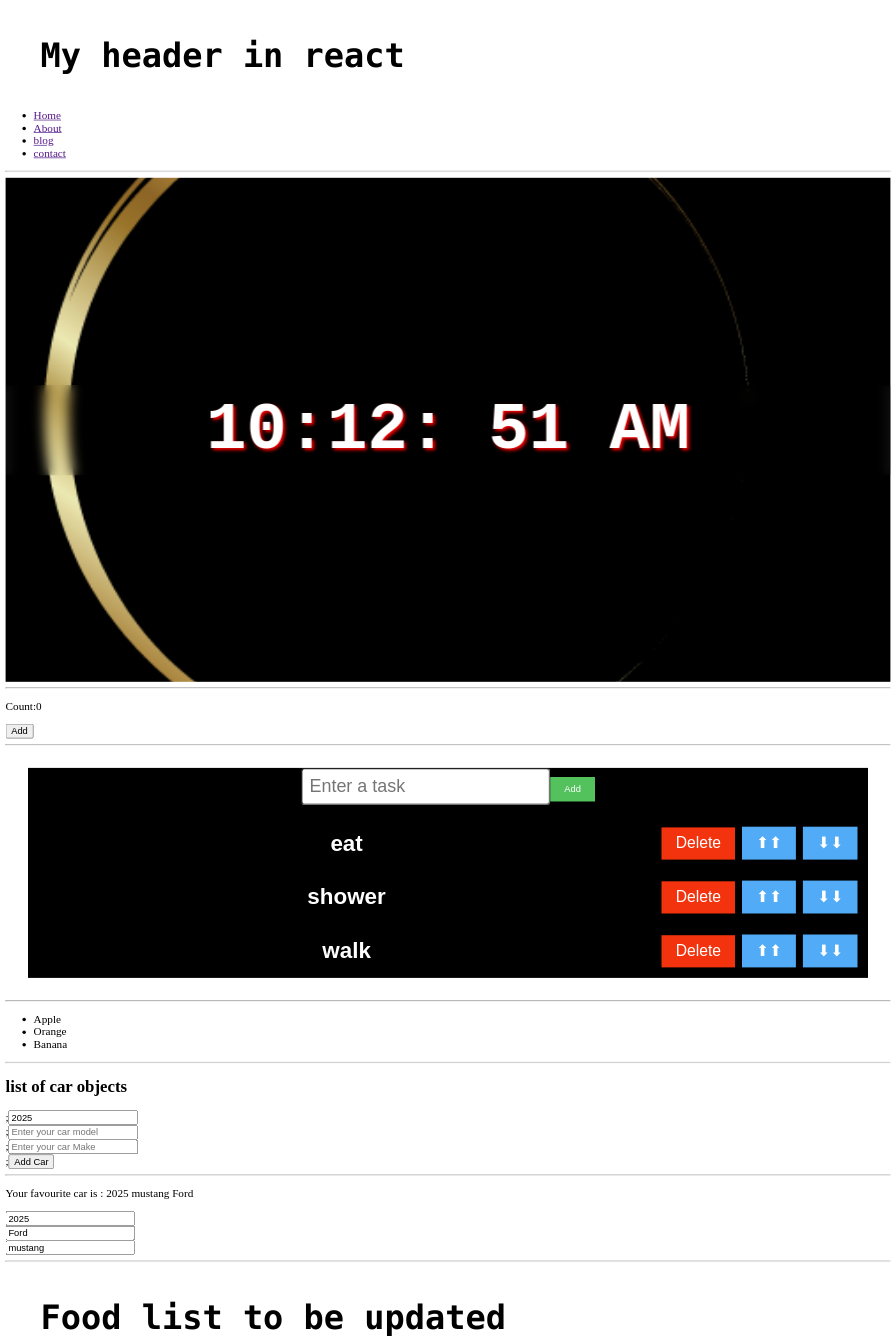
Repository: profbkmurage/reactLearning
Page: /
An editor plug-in stored every save of this project. The page is shown before and after the next save, followed by the edit.
The browser window is 1280 px wide. The pictures show the part of the page from y = 0 to 1920 px (the page is 6570 px tall), at 70% of full size.
Backgrounds fixed to the window are drawn as part of the page. The project was rebuilt for these pictures with package versions that can differ from the ones it lists, and the page was loaded fresh each time. Also part of the build but not shown: vite.config.js.

Above is the page before, as saved 2025-02-14 22:17:47.

### src/App.jsx
import Header from "./header";
import Footer from "./footer";
import Food from "./Food";
import Card from "./Card";
import Person from "./reactProps";
import profilePic from './assets/bk.jpg';
import UserGreeting from "./usergreeting";
import List from "./List";
import ReusableList from "./ReusableList";
import Button from "./Button";
import PicHide from "./PicHide";
import MyComponent from "./MyComponent.jsx"
import Counter from "./Counter.jsx";
import ChangeHandler from "./OnchangeFile.jsx";
import ColorPicker from "./ColorPicker.jsx";
import UpdaterFunction from "./UpdaterFunctions.jsx";
import FoodUpdater from "./FoodUpdater.jsx";
import CarUpdater from "./CarUpdater.jsx";
import ToDooList from "./ToDoo.jsx";
import ComponetMain from "./UseEffectLearn.jsx";
import DigitalClock from "./DigitalClock.jsx";

function App() {

    const fruits = [{ id:1 ,name: 'Banana', carlories: 50 },
                    { id: 2,name: 'orange', carlories: 95 },
                    { id: 3,name: 'Tomato', carlories: 125 },
                    { id: 4,name: 'Kiwi', carlories: 150 }
                    // the id willl help to give the key value which is necessary for react to keep track of the data in the list
    ];

    const vegetables = [{ id:5 ,name: 'Cabbage', carlories: 50 },
                    { id: 6,name: 'Kales', carlories: 95 },
                    { id: 7,name: 'Apple', carlories: 125 },
                    { id: 8,name: 'Brocolli', carlories: 150 }
                    // the id willl help to give the key value which is necessary for react to keep track of the data in the list
    ];

    const cars = [
    ];

  return (
    // since the retun statement here can only return one component, we tie all components in a fragment
    <>
      <Header></Header> {/* //can also be written as <Header/> */}

      <hr />
      <DigitalClock />
      <hr />
      <ComponetMain />
      <hr />
      <ToDooList />
      <hr />
      <Food />
      <hr />
      <CarUpdater/>
      <hr />
      <UpdaterFunction/>
      <hr />
      <FoodUpdater/>
      <hr />
      <List/> {/*this pulls from one componet that is not reusable*/}
      <hr />
      <ColorPicker/>
      <hr />
      <Counter/>
      <hr />
      <ChangeHandler/>
      <hr />
      <PicHide/>
      <hr />
     <MyComponent/>
      <hr />
      <Button/>
      <hr />
      <hr />
      <ReusableList items={fruits} cartegory ='Fruits'/> {/*this pulls from one componet that is reusable*/}
      <ReusableList items={vegetables} cartegory ='Vegetables '/> {/*this pulls from one componet that is reusable*/}
      {cars.length > 0 && <ReusableList items={cars} cartegory='Cars ' />} {/*this will render the car list conditionally such that when the list is empty then it will not appear on the frontend*/}
      <hr />

      <UserGreeting isLoggedIn= {true} userName= 'Prof'/>
      <hr />

      <Card/>
      <Card/>
      <hr />

      <Person name='Ben' imgsrc={profilePic} isStudent={false} description='lorem ihhdfcuyhyghfvvayhgjkjeijijeij' age={45} />
      <Person/>
      <hr />

      <Footer/>
    </>
  )
}
// card
export default App

### src/header.jsx

function Header() {
    // react components are only able to return one elememt only but you can tie children in the elements
    return (
        <header>
            <h1>My header in react</h1>
            <nav>
                <ul>
                    <li><a href="">Home</a></li>
                    <li><a href="">About</a></li>
                    <li><a href="">blog</a></li>
                    <li><a href="">contact</a></li>
                </ul>
            </nav>
        </header>
    )
}

export default Header;

### src/footer.jsx
function Footer() {
    return (
        <footer>
            <p>&copy;{new Date().getFullYear()} all rights reseved</p>
        </footer>
    )
}

export default Footer

### src/Food.jsx
function Food() {
    const food1 = 'Orange';
    const food2 = 'Banana';

    return (
        <ul>
            <li>Apple</li>
            <li>{food1}</li>
            <li>{food2}</li>
        </ul>
    )
}

export default Food

### src/Card.jsx
import profilePic from "./assets/bk.jpg"

function Card() {
    return (
        <div className="card">
            <img className="cardImage" src={profilePic} alt="" />
            <h2 className="cardTitle">Brian Murage</h2>
            <p className="cardText">I am a student currently taking a bachelors degree in education science</p>
        </div>
    );
}

export default Card

### src/reactProps.jsx
// you have to import proptypes so as to use and create the property types
import propTypes from "prop-types";
import defaultPic from "./assets/bk.jpg"

function Person(props) {
    return (
         <div className="card">
            <img className="cardImage" src={props.imgsrc} alt="a pic here" />
            <h2 className="cardTitle">{props.name}</h2>
            <p className="cardText">{props.description}</p>
            <p className="cardText">{props.age}</p>
            <p className="cardText">{props.isStudent ? 'yes' : 'no'} </p>
        </div>
    )
}

Person.propTypes = {
    name: propTypes.string,
    age: propTypes.number,
    description: propTypes.string,
    imgsrc: propTypes.string,
    isStudent: propTypes.bool
}
// props can have default values such that when not defined, these will take effect
Person.defaultProps = {
     name: 'no defined name',
    age: 'age not defined',
    description: 'no defined value here',
    imgsrc: defaultPic,
    isStudent: false
}

export default Person

### src/usergreeting.jsx
import propTypes from"prop-types"

function UserGreeting(props) {
    // if (props.isLoggedIn) {
    //     return (
    //         <h2>Welcome {props.userName}</h2>
    //     )
    // }this can be replced by a tenary operation
    const logInMessage = <h2 className="login-prompt">please login to continue</h2>;
    const loggedInMessage = <h2 className="welcome-message">welcome {props.userName}</h2>;

    return(props.isLoggedIn ? loggedInMessage : logInMessage)

}

UserGreeting.propTypes = {
    userName: propTypes.string,
    isLoggedIn: propTypes.bool
}

export default UserGreeting;

### src/List.jsx


function List() {
    const fruits = [{ id:1 ,name: 'Banana', carlories: 50 },
                    { id: 2,name: 'orange', carlories: 95 },
                    { id: 3,name: 'Tomato', carlories: 125 },
                    { id: 4,name: 'Kiwi', carlories: 150 }
                    // the id willl help to give the key value which is necessary for react to keep track of the data in the list
    ];
    // we can sort the list before we display it
    //fruits.sort((a, b) => a.name.localeCompare(b.name));  //this is using alphabetical
    // fruits.sort((a, b) => b.name.localeCompare(a.name));  //this is using reverse alphabetical

    // sorting by numerical values
    // fruits.sort((a,b) => b.carlories - a.carlories)

    // sorting by a specific criterion eg. get all that are greater than 94
    const lowCarlories = fruits.filter(fruit => fruit.carlories > 94);

    const listItems = lowCarlories.map(lowCarlorie => <li key={lowCarlorie.id}>
                                            {lowCarlorie.name} &nbsp;
                                            {lowCarlorie.carlories}
                                            </li>);
    return (
        <ol>{listItems}</ol>
    )
}

export default List

### src/ReusableList.jsx
import propTypes from 'prop-types';

function ReusableList(props) {
    const cartegory = props.cartegory;
    const itemList = props.items;

    const listItems = itemList.map(item => <li key={item.id}>
                                    {item.name}: &nbsp;
                                    <b>{item.calories}</b>
                                </li> );
    return (<>
        <h3 className='list-cartegory'>{cartegory}</h3>
        <ol className='list-item'>{listItems}</ol>
    </>)
}

ReusableList.propTypes = {
    cartegory : propTypes.string,
    items: propTypes.arrayOf(propTypes.shape({
        id: propTypes.number,
        name: propTypes.string,
        calories: propTypes.number
    }))
}

ReusableList.defaultProps = {
    cartegory: 'Cartegory',
    items: []
}

export default ReusableList;

### src/Button.jsx
function Button() {
    // const handleClick = () => alert('Hi there');

    let count = 0;
    const handleClickParams = (name) => {
        if (count < 3) {
            count++;
            alert(`${name} you clicked me ${count} times!`);
        } else {
            alert(name + ' stop clicking me now!')
        }

    }
    return (
        <>
        {/* <button onClick ={handleClick}>click me now 😂😂</button> */}
            <button onClick={()=>handleClickParams('Brian')}>click me now 😂😂</button>
            </>
    )
}

export default Button

### src/PicHide.jsx
function PicHide() {
    const imgURL = './src/assets/bk.jpg';

    const handleClick = (e) => e.target.style.display = 'none';

    return (
        <img onClick={(e)=> handleClick(e)} src={imgURL} alt="" ></img>
    )
}

export default PicHide

### src/MyComponent.jsx
import {useState} from "react";

function MyComponent() {
    const [name, setName] = useState('Guest');
    const [age, setAge] = useState(0);
    const [isEmployed, setIsEmployed] = useState(false);

    const updateName = () => {
        setName('Oswad Coberpolt')
    }

    const incrementAge = () => {
        setAge(age + 1);
    }

    const toogleEmployedStatus = () => {
        setIsEmployed(!isEmployed);
    }

    return (
        <div>
            <p>Name: {name}</p>
            <button onClick={updateName}>Set Name</button>

            <p>Age: {age}</p>
            <button onClick={incrementAge}>Set age</button>

            <p>Is Employed: {isEmployed?'Yes': 'No'}</p>
            <button onClick={toogleEmployedStatus}>Toogle employment status</button>
        </div>
    )
}

export default MyComponent;

### src/Counter.jsx
import  { useState } from "react";

function Counter() {
    let [counter, setCounter] = useState(0);

    const increment = () => {
        setCounter(counter++);
    }

    const decrement = () => {
        setCounter(counter--);
    }

    const reset = () => {
        setCounter(0);
    }

    return (
        <div className="counter-div">
            <p className="count-display">{counter}</p>
            <button onClick={decrement} className="bttn counter-decrease">Deacrese</button>
            <button onClick={reset} className="bttn reset">reset</button>
            <button onClick={increment} className="bttn increase">increase</button>
        </div>
    )

}

export default Counter

### src/OnchangeFile.jsx
import { useState } from "react";

function ChangeHandler() {
    const [name, setName] = useState('Your name here');
    const [quantity, setQuantity] = useState(0);
    const [paymentMode, setPaymentMode] = useState('Select only one');
    const [shippingMethod,setShipMethod] = useState('')

    function handleNameChange(event) {
        setName(event.target.value);
    }

    function handleQuantity(event) {
        setQuantity(event.target.value);
    }

    function handlePaymentMode() {
        setPaymentMode(event.target.value);
    }

    function handleShipment(event) {
        setShipMethod(event.target.value);
    }

    return (
        <div>
            <input type="text" value={name} onChange={handleNameChange} />
            <p>Name: {name}</p>

            <input type="number" value={quantity} onChange={handleQuantity } />
            <p>quantity: {quantity}</p>

            <select name="" id="" value={paymentMode} onChange={handlePaymentMode}>
                <option value="">select one</option>
                <option value="visa">visa</option>
                <option value="master">master</option>
                <option value="giftCard">giftCard</option>
                <option value="mpesa">mpesa</option>
            </select>
            <p>Payment: {paymentMode}</p>
            <br />
            <label >
                <input type="radio" value='pick up' checked = {shippingMethod === 'pick up'} onChange={handleShipment} />
                pick up
            </label><br />
            <br />
            <label >
                <input type="radio" value='delivery' checked = {shippingMethod === 'delivery'} onChange={handleShipment} />
                delivery
            </label><br />
            <p>Shippment Method: {shippingMethod}</p>
        </div>
    )
}

export default ChangeHandler;

### src/ColorPicker.jsx
import { useState } from "react";

function ColorPicker() {
    const [color, setColor] = useState("#ffffff");

    function handleColorChange(event) {
        setColor(event.target.value)
    }

    return (
        <div className="color-picker-container">
            <h1>Color Picker</h1>
            <div className="color-display" style={{ backgroundColor: color }}>
                <p>Selected color: {color}</p>
            </div>
            <label htmlFor="">Select a color: </label>
            <input type="color" value={color} onChange={handleColorChange} />
        </div>
    )
}

export default ColorPicker;

### src/UpdaterFunctions.jsx
import { useState } from "react";

function UpdaterFunction() {
    const [car, setCar] = useState({
        year: 2025,
        make: "Ford",
        model: "mustang"
    })

    function handleYearChange(event) {
        setCar(c => ({ ...c, year: event.target.value }));
        // the spread operator ...car must be used so that when updating, the car object retains the other property other than the year preoperty
}
    function handleModelChange(event) {
        setCar(c => ({ ...c, model: event.target.value}));

}
    function handleMakeChange(event) {
        setCar(c => ({ ...c, make: event.target.value }));
}

    return (
        <div>
            <p>Your favourite car is : {car.year} {car.model} {car.make}</p>
            {/* the goal here is to have the data in the paragraph change depending on what the user wants, so we need to have some inputs */}
            <input type="number" value={car.year} onChange={handleYearChange}/><br />

            <input type="text" value={car.make}onChange={handleMakeChange} /><br />
            <input type="text" value={car.model} onChange={handleModelChange} /><br />
        </div>
    );
}

export default UpdaterFunction;

### src/FoodUpdater.jsx
import { useState } from "react";

function FoodUpdater() {
    const [foods, setFoods] = useState(['Apple', 'Banana', 'orange', 'pearch']);

    function handleAddFood() {
        const newFood = document.getElementById('foodInput').value;
        document.getElementById('foodInput').value = '';

        setFoods(f => [...f, newFood]);

    }
    function handleRemoveFood(index) {
        setFoods(foods.filter((_,i)=>i!==index))
    }

    return (
        <div>
            <h1>Food list to be updated</h1>
            <ul>
                {foods.map((food, index) => <li key={index} onClick={()=>handleRemoveFood(index)}>{food}</li>)}
            </ul>

            <input type="text" id="foodInput" placeholder="Enter your favourite food to add to list" />
            <button onClick={handleAddFood}>Add Food</button>
        </div>
    )

}

export default FoodUpdater;

### src/CarUpdater.jsx
import { useState } from "react";

function CarUpdater() {
    const [cars, setCars] = useState([]);
    const [carYear, setCarYear] = useState(new Date().getFullYear());
    const [carMake, setCarMake] = useState('');
    const [carModel, setCarModel] = useState('')

    // function to add car and remove it
    function handleAddCar() {
        const newCar = {
            year: carYear,
            make: carMake,
            model: carModel
        };
        setCars(c => [...c, newCar]);
        setCarMake('');
        setCarModel('');
        setCarYear(new Date().getFullYear());
    }

    function handleRemoveCar(index) {
        setCars(c => c.filter((_, i) => i !== index));
    }
    // ?function to add year
    function handleYearChange(event) {
        setCarYear(event.target.value);
    }

    // function to add make
    function handleMakeChange(event) {
        setCarMake(event.target.value);
    }
    // function to add model
    function handleModelChange(event) {
        setCarModel(event.target.value);
    }
    return (
        <div>
            <h2>list of car objects</h2>
            <ul>
                {cars.map((car, index) =>
                    <li key= {index} onClick={()=>handleRemoveCar(index)} >
                        {car.year} {car.model} {car.make}
                </li>
            )}
            </ul>;
        <input type="number" value= {carYear} onChange={handleYearChange} /><br/>;
        <input type="text" placeholder="Enter your car model" value= {carModel} onChange={handleModelChange} /><br/>;
        <input type="text" placeholder="Enter your car Make" value= {carMake} onChange={handleMakeChange} /><br/>;
        <button onClick={handleAddCar}>Add Car</button>
        </div>
    );
}

export default CarUpdater

### src/ToDoo.jsx
import { useState } from "react";

function ToDooList() {
    const [tasks, setTasks] = useState(['eat', 'shower', 'walk']);
    const [newTask, setNewTask] = useState('');



    function handleInputChange(event) {
        setNewTask(event.target.value)
    }

    function addTask() {
        if (newTask.trim() !== '') {
            setTasks(t => [...t, newTask]);
            setNewTask('');
        } else { alert('invalid input method! task cannot be empty') };

    }

    function deleteTask(index) {
        const updatedTasks = tasks.filter((_, i) => i !== index);
        setTasks(updatedTasks);
    }

    function moveTaskUp(index) {
        if (index > 0) {
            const updatedTasks = [...tasks];
            [updatedTasks[index], updatedTasks[index - 1]] = [updatedTasks[index - 1], updatedTasks[index]];
            setTasks(updatedTasks);
        }
    //     else {
    //         const bttn = document.querySelector('move-button')
    //         bttn.style.display= 'none'
    //   }
    }

    function moveTaskDown(index) {
        if (index < tasks.length-1) {
            const updatedTasks = [...tasks];
            [updatedTasks[index], updatedTasks[index + 1]] = [updatedTasks[index + 1], updatedTasks[index]];
            setTasks(updatedTasks);
      }

    }
    return (
        <div className="to-do-list">
            <div>
                <input type="text" placeholder="Enter a task" value={newTask} onChange={handleInputChange} />
                <button className="add-button" onClick={addTask}>Add</button>
            </div>
            <ol>
                {tasks.map((task, index) =>
                    <li key={index}><span className="text">{task}</span>
                    <button className="delete-button" onClick={()=>deleteTask(index)}>Delete</button>
                    <button className="move-button" onClick={()=>moveTaskUp(index)}>⬆⬆</button>
                    <button className="move-button" onClick={()=>moveTaskDown(index)}>⬇⬇</button>
                    </li>
                )}
        </ol>

        </div>
    );
}

export default ToDooList;

### src/UseEffectLearn.jsx
import { useState, useEffect } from "react";

function ComponetMain() {
    const [count, setCount] = useState(0);

    // useeffect should be placed near the top
    useEffect(() => {
        document.title = `count: ${count}`;
    },[count]) //the second argument is a dependacy which tells react to update our title only when ther dependacy changes

    function addCount() {
        setCount(c => c + 1);
    }

    return (
        <div>
            <p>Count:{count} </p>
            <button onClick={addCount}>Add</button>
        </div>
    )
}

export default ComponetMain;

### src/DigitalClock.jsx
import { useEffect, useState } from "react";

function DigitalClock() {
    const [time, setTime] = useState(new Date());

    useEffect(() => {
        const intervalId = setInterval(() => {
            setTime(new Date());
        }, 1000);
        return () => {
            clearInterval(intervalId);
        }
    }, []);

    function formatTime() {
        let hours = time.getHours();
        let minutes = time.getMinutes();
        let seconds = time.getSeconds();
        let meridiem = hours >= 12 ? 'PM' : 'AM';

        hours = hours % 12 || 12;

        return`${padZero(hours)}:${padZero(minutes)}: ${padZero(seconds)} ${meridiem}`
     }
    function padZero(number) {
         return (number <10 ? '0' : '')+ number
     }
    return (
        <div className="clock-body">
        <div className="clock-container">
            <div className="clock">
                <span>
                    {formatTime()}
                    </span>
            </div>
            </div>
            </div>
    );
}

export default DigitalClock;

Loaded but not shown: index.html (common file); src/main.jsx (common file); src/index.css (242 lines, source omitted)

After the next save:
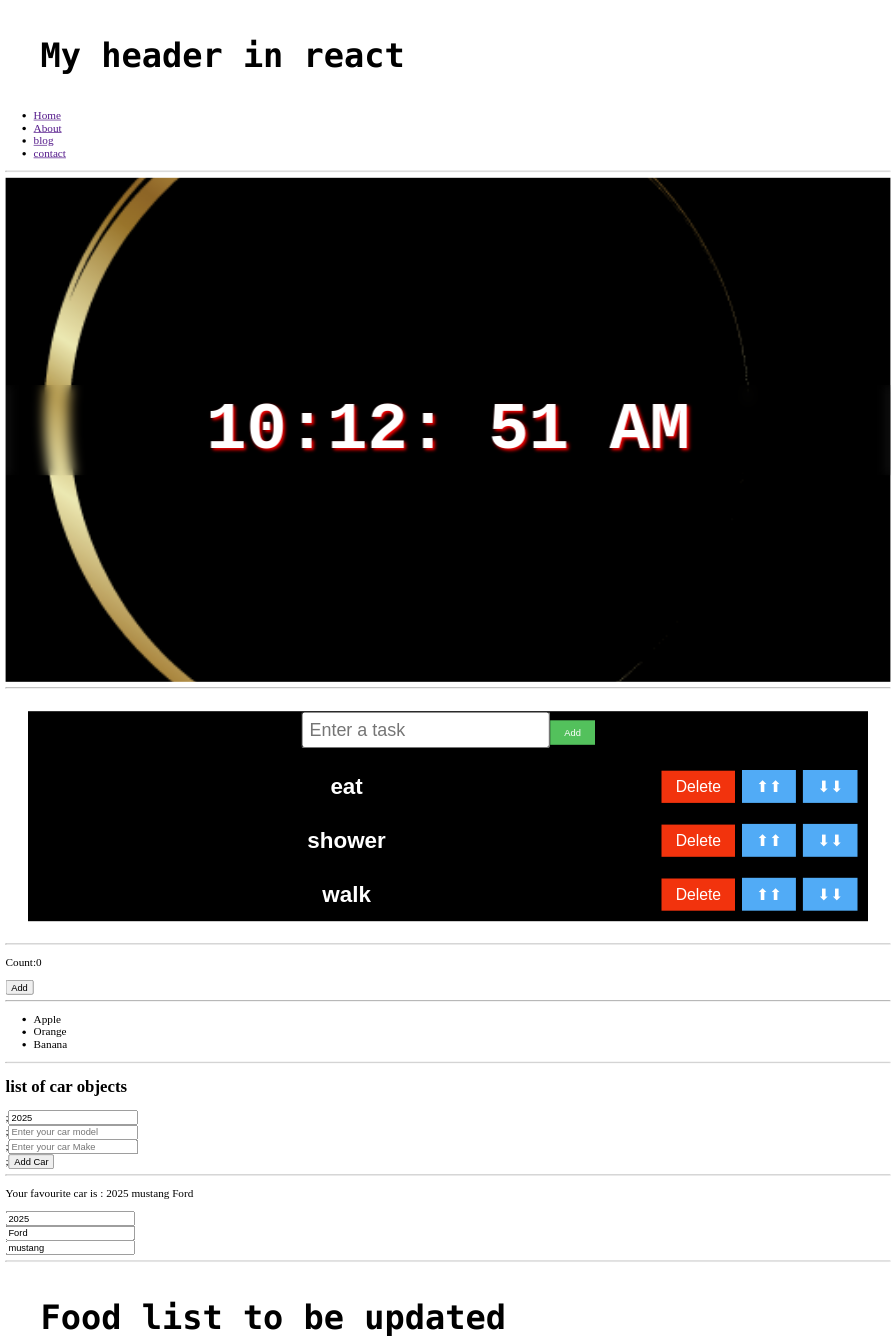
Saved 12 s later.
--- a/src/App.jsx
+++ b/src/App.jsx
@@ -47,9 +47,9 @@ function App() {
       <hr />
       <DigitalClock />
       <hr />
+      <ToDooList />
+      <hr />
       <ComponetMain />
-      <hr />
-      <ToDooList />
       <hr />
       <Food />
       <hr />
